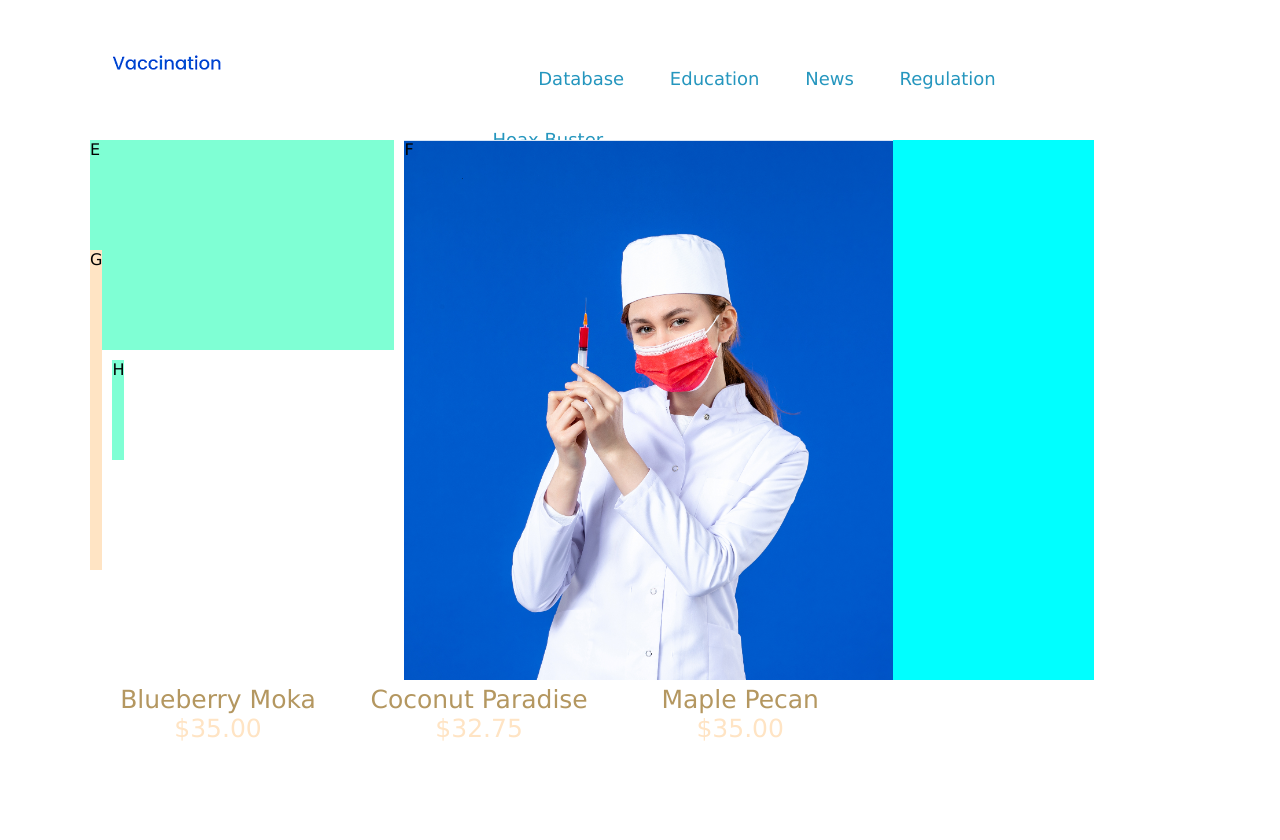
Repository: roge64/cssfrontend
Page: index.html
The author's editor kept a copy of each file at every save. The page is drawn from the files as they stood at one save, then again after the next save.
The browser window is 1280 px wide. The pictures show the part of the page from y = 0 to 840 px (the page is 2133 px tall before and 2353 px after).
A picture or video elsewhere on the page could not be fetched, so the positions and the page height are approximate.

Above is the page before, as saved 2022-03-10 11:07:17.

### index.html
<!DOCTYPE html>
<html lang="en">

<head>
    <meta charset="UTF-8">
    <meta http-equiv="X-UA-Compatible" content="IE=edge">
    <meta name="viewport" content="width=device-width, initial-scale=1.0">
    <title>3 Cakes</title>
    <link rel="stylesheet" href="estilos/estilos.css">


</head>

<body>

    <section id="container">

        <header>
            <!--             <p style="color:#b49760"> Only 3 cakes for 3 months, and then we change all! </p> -->

        </header>

    <section id="banner">

        <article id="banner1" <a href="index.html"> <img src="/img/logo1.png" alt="logo.png"></a></article>
        <article id="banner2">
            <ul class="menu">
                <li><a href="#void"></a></li>
                <li><a href="#home"></a>Database</li>
                <li><a href="#cakes"></a>Education</li>
                <li><a href="#decor"></a>News</li>
                <li><a href="#order"></a>Regulation</li>
                <li><a href="#admin"></a>Hoax Buster</li>
            </ul>
        </article>

    </section>


<!--     <section id="tienda">
        <article id="cake1"> </article>
        <article id="cake2"> </article>
        <div class="wrapper">
            <div class="box e">E</div>
            <div class="box f">F</div>
            <div class="box g">G</div>
            <div class="box h">H</div>
        </div>
    </section> -->

    <div class="wrapper">
        <div class="box e">E</div>
        <div class="box f">F</div>
        <div class="box g">G</div>
        <div class="box h">H</div>
    </div>

    <section id="names">
        <article id="name1">
            <p style="color:#b49760"> Blueberry Moka</p>
            <p style="color: bisque"> $35.00</p>
        </article>
        <article id="name2">
            <p style="color:#b49760"> Coconut Paradise</p>
            <p style="color: bisque"> $32.75</p>
        </article>
        <article id="name3">
            <p style="color:#b49760"> Maple Pecan</p>
            <p style="color: bisque"> $35.00</p>
        </article>
    </section>

    <section id="separador">


    </section>

    <section id="social">
        <article id="social1">
            <a href="#"><img src="img/instagram.png" alt="instagram"></a>
            <a href="#"><img src="img/facebook.png" alt="facebook"></a>
            <a href="#"><img src="img/youtube.png" alt="youtube"></a>
            <a href="#"><img src="img/twitter.png" alt="twitter"></a>
        </article>

        <article id="social2">
            <div id="lte_icons-2" class="widget widget_lte_icons">
                <h3 class="lte-header-widget " style="color:bisque"><span class="widget-icon"></span>Contact us
                </h3>
                <ul class="lte-social-icons-list">
                    <li>
                        <a href="#"><span class="lte-ic icon icon-phone-call"></span><span class="lte-header"
                                style="color:bisque">Phone:</span><span class="lte-txt" style="color:#b49760">+52
                                01-2345-6789<br> </span>
                        </a>
                    </li>
                    <li>
                        <a href="#"><span class="lte-ic icon icon-location"></span><span class="lte-header"
                                style="color:bisque">Our location:</span><span class="lte-txt" style="color:#b49760">975
                                FrontEnd Ave, NA 105048, Unknown</span>
                        </a>
                    </li>
                    <li>
                        <a href="#"><span class="lte-ic icon icon-mail"></span><span class="lte-header"
                                style="color:bisque">Email:</span><span class="lte-txt"
                                style="color:#b49760">3cakes@3cakes.com</span>
                        </a>
                    </li>
                    <li>
                        <a href="#">
                            <span class="lte-ic icon icon-mail"></span>
                            <span class="lte-header" style="color:bisque">Hours:</span>
                            <span class="lte-txt" style="color:#b49760">Monday - Friday: 10:00 - 20:00</span>
                            <br>
                            <span class="lte-txt" style="color:#b49760">Saturday -Sunday: 10:00 - 14:00</span>
                        </a>
                    </li>
                </ul>
            </div>

        </article>
    </section>


    <footer>
        <p style="color:#b49760"> Copyright &copy; 2021-<script>
                document.write(new Date().getFullYear())
            </script> Rogelio Valdés All Rights Reserved</p>
        <article id="footer1"></article>
    </footer>

    </section>

</body>

</html>

### estilos/estilos.css
*{
    border: 0 ;
    margin: 0 ;
    padding: 0;
    text-decoration: none;
}

body{
    font-family: Geneva;
    background-color: rgb(0, 0, 0);
    width:1100px;
    margin-left:auto;
    margin-right:auto;

    background-color:white;
/* background-image:
radial-gradient(circle at 100% 150%, black 24%, #101010 24%, #101010 28%, black 28%, black 36%, #101010 36%, #101010 40%, transparent 40%, transparent),
radial-gradient(circle at 0    150%, black 24%, #101010 24%, #101010 28%, black 28%, black 35%, #101010 36%, #101010 40%, transparent 40%, transparent),
radial-gradient(circle at 50%  100%, #101010 10%, black 10%, black 23%, #101010 23%, #101010 30%, black 30%, black 43%, #101010 43%, #101010 50%, black 50%, black 63%, #101010 63%, #101010 71%, transparent 71%, transparent),
radial-gradient(circle at 100% 50%, #101010 5%, black 5%, black 15%, #101010 15%, #101010 20%, black 20%, black 29%, #101010 29%, #101010 34%, black 34%, black 44%, #101010 44%, #101010 49%, transparent 49%, transparent),
radial-gradient(circle at 0    50%, #101010 5%, black 5%, black 15%, #101010 15%, #101010 20%, black 20%, black 29%, #101010 29%, #101010 34%, black 34%, black 44%, #101010 44%, #101010 48%, transparent 49%, transparent);
background-size: 50px 31px;
 */
}

.menu{
    list-style: none;
    padding: 0;
    background: white;
    width: 90%;
    height: 75px;
    max-width: 900px;
    margin: auto;
}

.menu li{
    text-decoration: none;
    color: #2596be;
    padding: 20px;
    display: block;
}

.menu li{
    display: inline-block;
    text-align: right;
}

.menu li:hover{
    background: #2747c5;
}


#container, header, #banner, #noticias, #marcas, footer, #social1{
    /* background-color:rgb(255, 255, 255); */
    background-color:white;
/* background-image:
radial-gradient(circle at 100% 150%, black 24%, #101010 24%, #101010 28%, black 28%, black 36%, #101010 36%, #101010 40%, transparent 40%, transparent),
radial-gradient(circle at 0    150%, black 24%, #101010 24%, #101010 28%, black 28%, black 35%, #101010 36%, #101010 40%, transparent 40%, transparent),
radial-gradient(circle at 50%  100%, #101010 10%, black 10%, black 23%, #101010 23%, #101010 30%, black 30%, black 43%, #101010 43%, #101010 50%, black 50%, black 63%, #101010 63%, #101010 71%, transparent 71%, transparent),
radial-gradient(circle at 100% 50%, #101010 5%, black 5%, black 15%, #101010 15%, #101010 20%, black 20%, black 29%, #101010 29%, #101010 34%, black 34%, black 44%, #101010 44%, #101010 49%, transparent 49%, transparent),
radial-gradient(circle at 0    50%, #101010 5%, black 5%, black 15%, #101010 15%, #101010 20%, black 20%, black 29%, #101010 29%, #101010 34%, black 34%, black 44%, #101010 44%, #101010 48%, transparent 49%, transparent);
background-size: 50px 31px;
 */
    height: 1500px;
    width: 1100px;

}

header{
/*     background-color:antiquewhite;
 */
    height: 40px;
    text-align: center;
    font-size: x-large;

}

#banner{
    background-color:white;
/*     background-color:rgb(25, 25, 25); */
    width: 1100px;
    height: 100px;


}


#noticias{
/*     background-color: antiquewhite;
 */
    height: 200px;
}

#tienda #names{
/*     background-color: grey; */
/* background-color:black;
background-image:
radial-gradient(circle at 100% 150%, black 24%, #101010 24%, #101010 28%, black 28%, black 36%, #101010 36%, #101010 40%, transparent 40%, transparent),
radial-gradient(circle at 0    150%, black 24%, #101010 24%, #101010 28%, black 28%, black 35%, #101010 36%, #101010 40%, transparent 40%, transparent),
radial-gradient(circle at 50%  100%, #101010 10%, black 10%, black 23%, #101010 23%, #101010 30%, black 30%, black 43%, #101010 43%, #101010 50%, black 50%, black 63%, #101010 63%, #101010 71%, transparent 71%, transparent),
radial-gradient(circle at 100% 50%, #101010 5%, black 5%, black 15%, #101010 15%, #101010 20%, black 20%, black 29%, #101010 29%, #101010 34%, black 34%, black 44%, #101010 44%, #101010 49%, transparent 49%, transparent),
radial-gradient(circle at 0    50%, #101010 5%, black 5%, black 15%, #101010 15%, #101010 20%, black 20%, black 29%, #101010 29%, #101010 34%, black 34%, black 44%, #101010 44%, #101010 48%, transparent 49%, transparent);
background-size: 50px 31px; */

    height: 300px;
    width: 1000px;
    padding-left: 10px;
    padding-right: 10px;
    padding-top: 5px;
    text-align: center;
}

#marcas{
/*     background-color:rgb(58, 41, 18); */
    height: 205px;
}


footer{
    width: 800px;
/*     background-color:rgb(0, 0, 0); */
    text-align: center;
    height: 25px;
    padding-top: 7px;

}


#banner #banner1{
/*     background-color: rgb(180, 134, 73); */
    width: 100px;
    height: 100x;
    float: left;
    text-align: center;
/*     display: inline-block; */
    margin: 5px 5px;
}

#banner #banner2{
/*     background-color: rgb(180, 134, 73); */
    width: 750px;
    height: 100px;
    float: right;
/*     display: inline-block; */
    /* vertical-align: center;  */
    margin: 5px 5px;
    font-size: 18px;
}

#noticias #news1{
/*     background-color: rgb(41, 38, 34); */
    font-size: 50px;

    text-align: center;
    width: 790px;
    height: 200px;
    display: inline-block;
    vertical-align: center;
    margin: 5px 5px;

}


#tienda #cake1{
    background: rgb(109, 175, 33);
    width: 480px;
    height: 485px;
    display: inline-block;
    vertical-align: top;
    margin: 5px 8px;

}

#tienda #cake2{
    background: cornflowerblue;
    width: 450px;
    height: 585px;
    display: inline-block;
    vertical-align: top;
    margin: 5px 70px;
    background-image: url("../img/picx1.png");
    background-repeat: no-repeat;
    background-size: cover;
}

/* #tienda #cake3{
    background: rgb(175, 169, 112);
    width: 240px;
    height: 285px;
    display: inline-block;
    vertical-align: top;
    margin: 5px 5px;
} */

#names #name1{
    font-size: 25px;
    text-align: center;
    width: 240px;
    height: 60px;
    display: inline-block;
    vertical-align: top;
    margin: 5px 8px;
}

#names #name2{
    font-size: 25px;
    text-align: center;
    width: 240px;
    height: 60px;
    display: inline-block;
    vertical-align: top;
    margin: 5px 8px;
}

#names #name3{
    font-size: 25px;
    text-align: center;
    width: 240px;
    height: 60px;
    display: inline-block;
    vertical-align: top;
    margin: 5px 8px;
}

#social #social1{
    text-decoration: none;
/*     background: rgb(109, 175, 33); */
    width: 375px;
    height: 150px;
    display: inline-block;
    vertical-align: center;
    margin: 10px 12px;
}

#social #social2{
    text-decoration: none;
/*     background: rgb(109, 175, 33); */
    width: 375px;
    height: 150px;
    display: inline-block;
    vertical-align: center;
    margin: 10px 10px;
}

#social #social1 {
    color: rgb(175, 169, 112);


}

#separador {
        width: 800px;
        text-align: center;
        height: 100px;

}

.wrapper {
    display: grid;
    grid-template-columns: repeat(1, 1fr);
    gap: 10px;
    grid-auto-rows: minmax(100px, auto);
  }

  .e {
    grid-column: 1 / 30;
    grid-row: 1 / 3;
    background-color:aquamarine;
  }
  .f {
    grid-column: 30 / 100;
    grid-row: 1 / 6;
    background-color:aqua;
    background-image: url("../img/picx1.png");
    background-repeat: no-repeat;
    background-size: contain;

  }
  .g {
    grid-column: 1;
    grid-row: 2 / 5;
    background-color:bisque;
  }
  .h {
    grid-column: 2;
    grid-row: 3;
    background-color:aquamarine;
  }

After the next save:
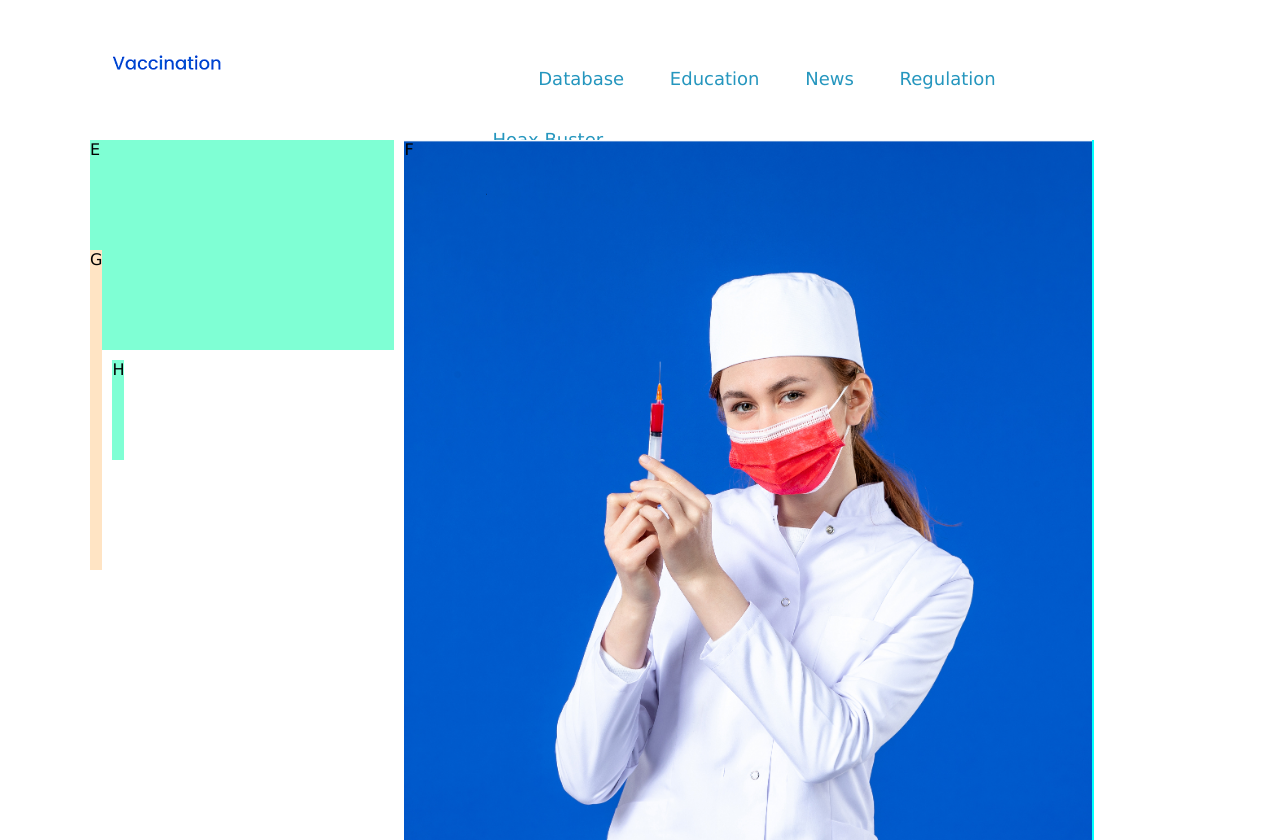
Saved 6 s later.
--- a/estilos/estilos.css
+++ b/estilos/estilos.css
@@ -269,7 +269,7 @@
   }
   .f {
     grid-column: 30 / 100;
-    grid-row: 1 / 6;
+    grid-row: 1 / 8;
     background-color:aqua;
     background-image: url("../img/picx1.png");
     background-repeat: no-repeat;
